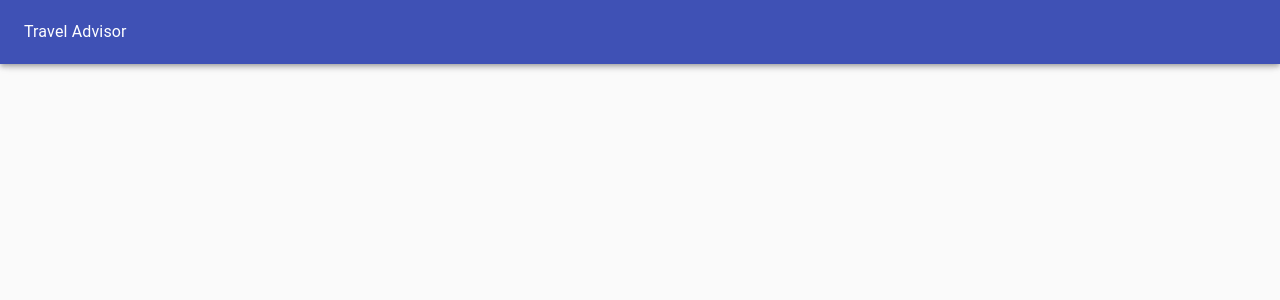
Repository: MuniruIssah/travel_advisor
Page: /
These files come from the project's save history. The page is drawn as it stood at one moment and after the next save; the edit follows.
The browser window is 1280 px wide. The pictures show the whole page.
The project was rebuilt for these pictures with package versions that can differ from the ones it lists, and the page was loaded fresh each time. Also part of the build but not shown: src/components/PlaceDetails/PlaceDetails.jsx.

Above is the page before, as saved 2022-02-15 11:40:59.

After the next save:
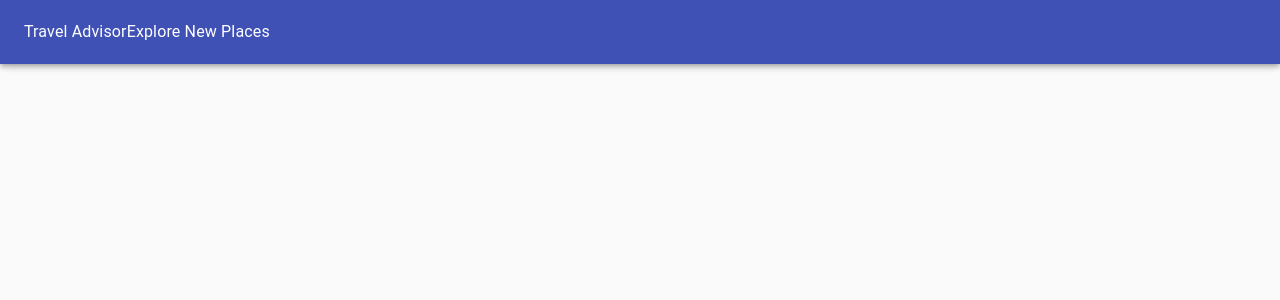
Saved 8 s later.
--- a/src/components/Header/Header.jsx
+++ b/src/components/Header/Header.jsx
@@ -10,7 +10,7 @@
                 </Typography>
                 <Box>
                 <Typography>
-
+                    Explore New Places
                 </Typography>
                 </Box>
             </Toolbar>
